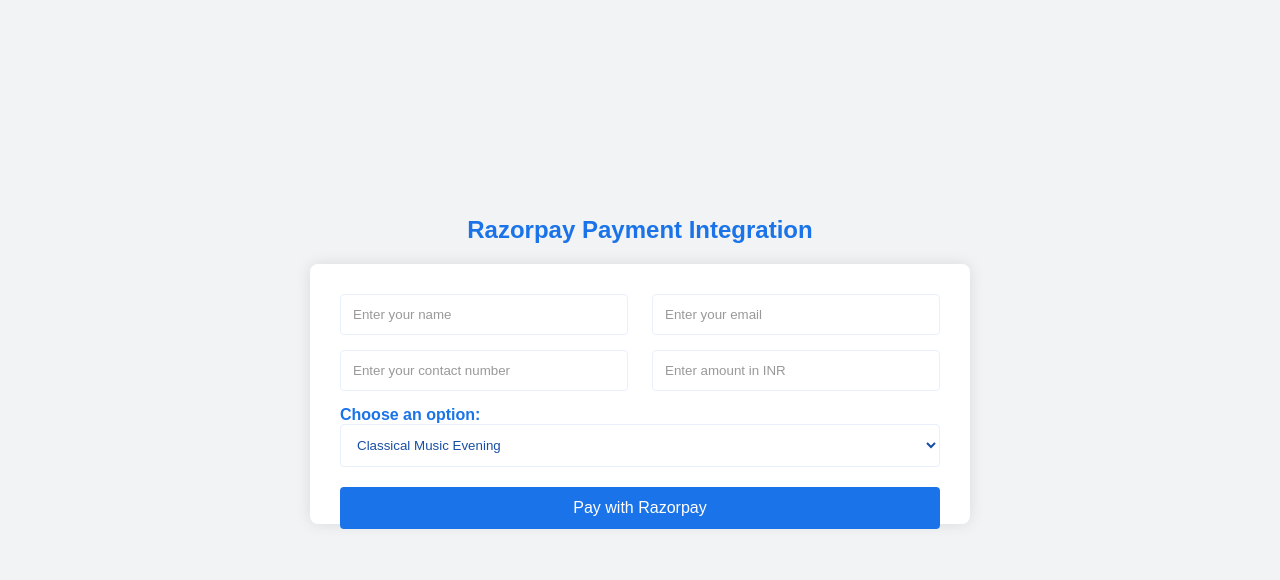
Repository: SharonSebastian32/razorpaypaymentgateway_implementation
Page: bookEventpage.html
These files come from the project's save history. The page is drawn as it stood at one moment and after the next save; the edit follows.
The browser window is 1280 px wide. The pictures show the whole page.

Above is the page before, as saved 2024-08-09 07:07:41.

### bookEventpage.html
<!DOCTYPE html>
<html lang="en">
  <head>
    <meta charset="UTF-8" />
    <meta name="viewport" content="width=device-width, initial-scale=1.0" />
    <title>Razorpay Payment Integration</title>
    <style>
      :root {
        --primary-blue: #1a73e8;
        --light-blue: #e8f0fe;
        --dark-blue: #174ea6;
        --white: #ffffff;
        --light-gray: #f1f3f4;
      }

      body {
        font-family: Arial, sans-serif;
        background-color: var(--light-gray);
        display: flex;
        justify-content: center;
        align-items: center;
        height: 100vh;
        margin: 0;
      }

      h2 {
        text-align: center;
        color: var(--primary-blue);
        margin-bottom: 20px;
      }

      #paymentForm {
        background-color: var(--white);
        padding: 30px;
        border-radius: 8px;
        box-shadow: 0 0 15px rgba(0, 0, 0, 0.1);
        width: 600px;
        height: 200px;
      }

      .form-row {
        display: flex;
        justify-content: space-between;
        margin-bottom: 15px;
      }

      .form-group {
        flex: 0 0 48%;
      }

      input,
      select {
        width: 100%;
        padding: 12px;
        border: 1px solid var(--light-blue);
        border-radius: 4px;
        box-sizing: border-box;
        background-color: var(--white);
        color: var(--dark-blue);
        transition: border-color 0.3s ease;
      }

      input:focus,
      select:focus {
        outline: none;
        border-color: var(--primary-blue);
      }

      input::placeholder {
        color: #999;
      }

      label {
        display: block;
        margin-top: 15px;
        color: var(--primary-blue);
        font-weight: bold;
      }

      #rzp-button1 {
        width: 100%;
        padding: 12px;
        background-color: var(--primary-blue);
        color: var(--white);
        border: none;
        border-radius: 4px;
        cursor: pointer;
        font-size: 16px;
        margin-top: 20px;
        transition: background-color 0.3s ease;
      }

      #rzp-button1:hover {
        background-color: var(--dark-blue);
      }
    </style>
  </head>
  <body>
    <div>
      <h2>Razorpay Payment Integration</h2>
      <form id="paymentForm">
        <div class="form-row">
          <div class="form-group">
            <input
              type="text"
              id="name"
              placeholder="Enter your name"
              required
            />
          </div>
          <div class="form-group">
            <input
              type="email"
              id="email"
              placeholder="Enter your email"
              required
            />
          </div>
        </div>
        <div class="form-row">
          <div class="form-group">
            <input
              type="text"
              id="contact"
              placeholder="Enter your contact number"
              required
            />
          </div>
          <div class="form-group">
            <input
              type="text"
              id="amount"
              placeholder="Enter amount in INR"
              required
            />
          </div>
        </div>
        <label for="choices">Choose an option:</label>
        <select id="choices" name="choices">
          <!-- Options will be dynamically generated here -->
        </select>
        <button id="rzp-button1" type="submit">Pay with Razorpay</button>
      </form>
    </div>

    <!--------------------------paymentGatewayScripts--------------->
    <script src="./Script/paymentGateway.js"></script>

    <!--------------------------razorpayScript ---------------------->
    <script src="https://checkout.razorpay.com/v1/checkout.js"></script>
  </body>
</html>

### Script/paymentGateway.js
document.getElementById("paymentForm").addEventListener("submit", function (e) {
  e.preventDefault();
  var name = document.getElementById("name").value;
  var email = document.getElementById("email").value;
  var contact = document.getElementById("contact").value;
  var amount = document.getElementById("amount").value * 100;
  // Convert amount to paise

  var options = {
    key: "rzp_test_gCzBTQcb92KH3e", // Enter the Key ID generated from the Dashboard
    amount: amount.toString(), // Amount in currency subunits (100 paise = 1 INR)
    currency: "INR",
    name: "Ozwalz Events",
    description: "Thank You for booking event with Ozwalz Events",
    image: "./assets/images/logo.png",

    handler: function (response) {
      // Handle the response from Razorpay after payment
      // You can redirect to another page or save the response to your database
    },
    prefill: {
      name: name,
      email: email,
      contact: contact,
    },
    notes: {
      description: "Thank You for booking event with Ozwalz Events",
    },
    theme: {
      color: "#red",
    },
  };

  var rzp1 = new Razorpay(options);
  rzp1.open();
});

// API FOR FETCHING EVENTNAME

let eventData;

fetch("./JSON/event.json")
  .then((response) => response.json())
  .then((data) => {
    eventData = data;

    // Populate the select element with event names
    const selectElement = document.getElementById("choices");
    data.forEach((event) => {
      const option = document.createElement("option");
      option.value = event.id;
      option.text = event.eventName;
      selectElement.add(option);
    });

    // Add event listener to the select element
    selectElement.addEventListener("change", updatePriceInput);
  })
  .catch((error) => console.error("Error:", error));

function updatePriceInput() {
  const selectedEventId = document.getElementById("choices").value;
  const selectedEvent = eventData.find((event) => event.id === selectedEventId);

  if (selectedEvent) {
    document.getElementById("amount").value = selectedEvent.price.basePrice;
  } else {
    document.getElementById("amount").value = "";
  }
}

Loaded but not shown: JSON/event.json (899 lines, source omitted)

After the next save:
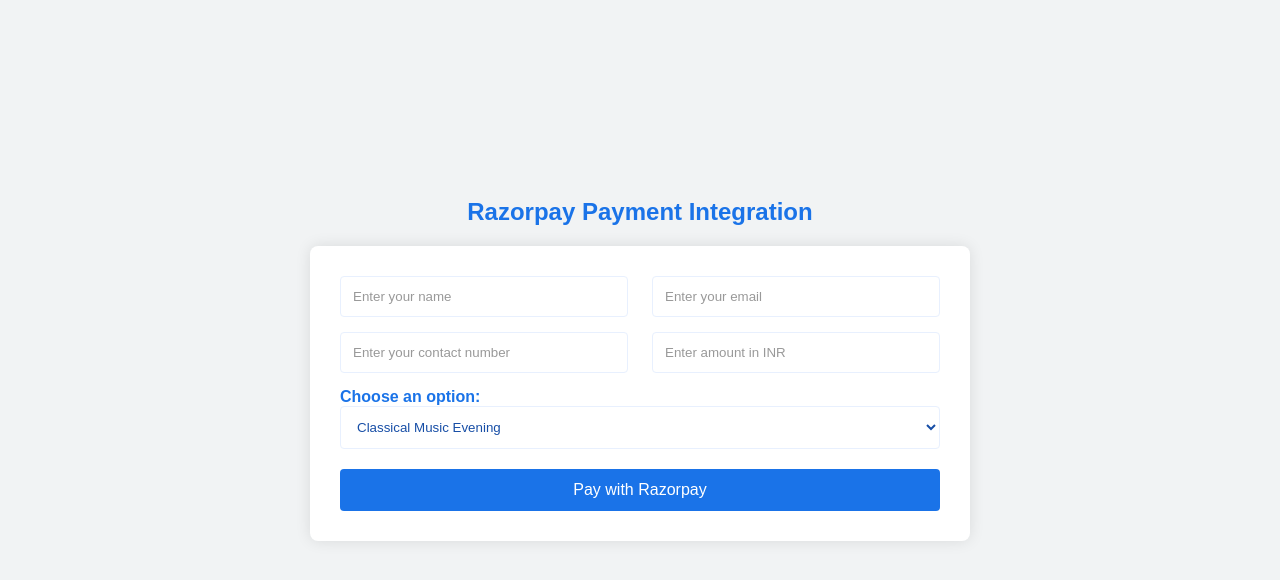
Saved 10 s later.
--- a/bookEventpage.html
+++ b/bookEventpage.html
@@ -35,8 +35,7 @@
         border-radius: 8px;
         box-shadow: 0 0 15px rgba(0, 0, 0, 0.1);
         width: 600px;
-        height: 200px;
-      }
+       }
 
       .form-row {
         display: flex;
